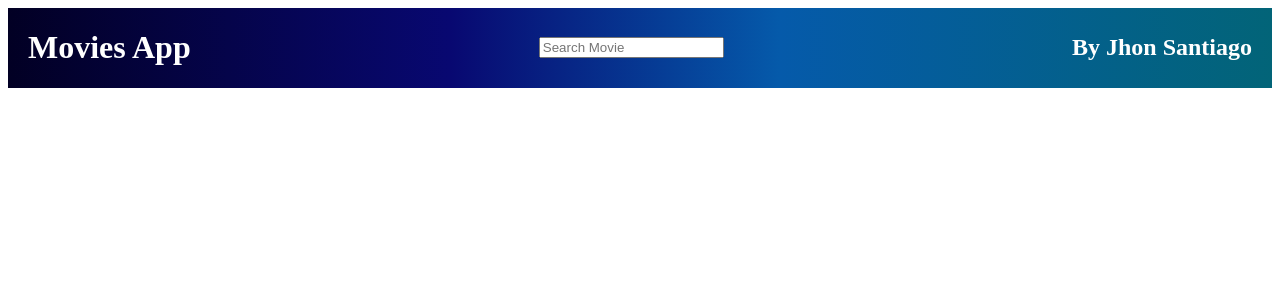
Repository: jhonenmanuel1/movies-get-info-fetch
Page: /
The author's editor kept a copy of each file at every save. The page is drawn from the files as they stood at one save, then again after the next save.
The browser window is 1280 px wide. The pictures show the whole page.
The page's requests for data from a server got no answer. The project was rebuilt for these pictures with package versions that can differ from the ones it lists, and the page was loaded fresh each time. No one was signed in, and anything a server would have sent is missing. Also part of the build but not shown: src/App.css.

Above is the page before, as saved 2022-06-15 22:18:23.

After the next save:
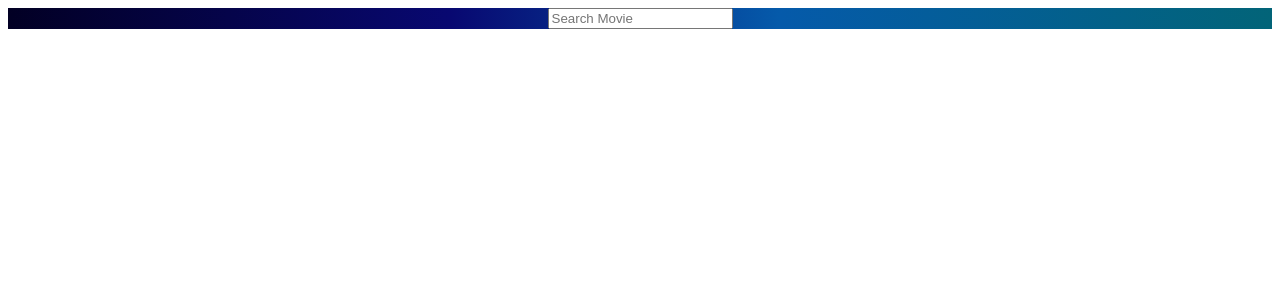
Saved 20 s later.
--- a/src/styles/MovieHeader.css
+++ b/src/styles/MovieHeader.css
@@ -1,14 +1,22 @@
-.container-header{
-    background: rgb(2,0,36);
-    background: linear-gradient(90deg, rgba(2,0,36,1) 0%, rgba(8,8,113,1) 35%, rgba(5,90,170,1) 61%, rgba(2,100,120,1) 100%);
+.container-header {
+  background: rgb(2, 0, 36);
+  background: linear-gradient(
+    90deg,
+    rgba(2, 0, 36, 1) 0%,
+    rgba(8, 8, 113, 1) 35%,
+    rgba(5, 90, 170, 1) 61%,
+    rgba(2, 100, 120, 1) 100%
+  );
 }
-.wraper-header{
-    color: white;
-    display: flex;
-    align-items: center;
-    justify-content: center;
-    justify-content: space-between;
-    margin-right: 20px;
-    margin-left: 20px;
-
+.wraper-header {
+  color: white;
+  display: flex;
+  align-items: center;
+  justify-content: center;
+  justify-content: space-between;
+  margin-right: 20px;
+  margin-left: 20px;
 }
+.text-title{
+    font-size: 0;
+}

After the save that followed:
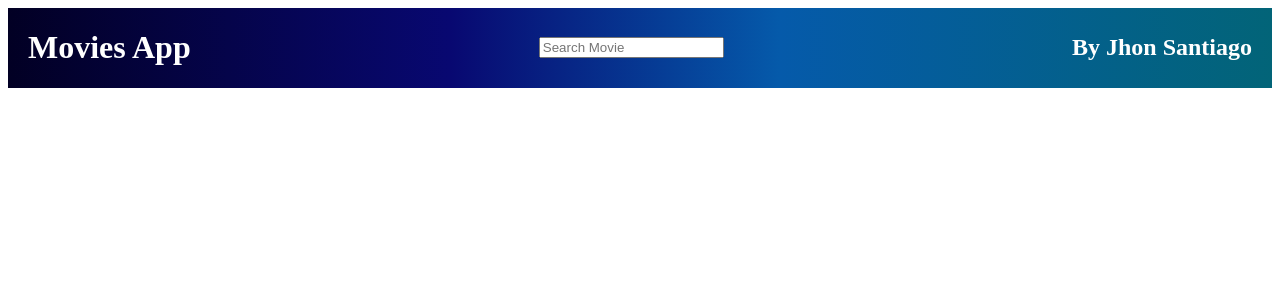
Saved 12 s later.
--- a/src/styles/MovieHeader.css
+++ b/src/styles/MovieHeader.css
@@ -18,5 +18,5 @@
   margin-left: 20px;
 }
 .text-title{
-    font-size: 0;
+    font-size: 60;
 }
